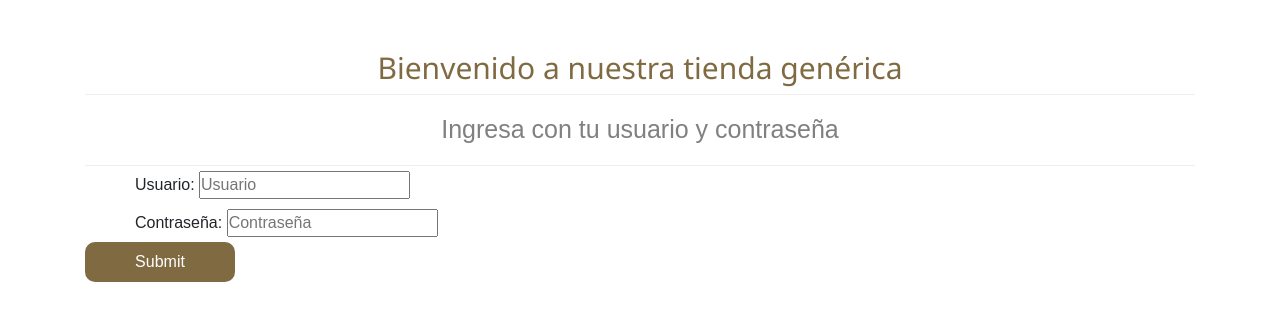
Repository: andresrojas686/tiendaGenericaMintic
Page: primerJSP/src/main/webapp/index.html
These files come from the project's save history. The page is drawn as it stood at one moment and after the next save; the edit follows.
The browser window is 1280 px wide. The pictures show the whole page.

Above is the page before, as saved 2021-09-15 15:32:07.

After the next save:
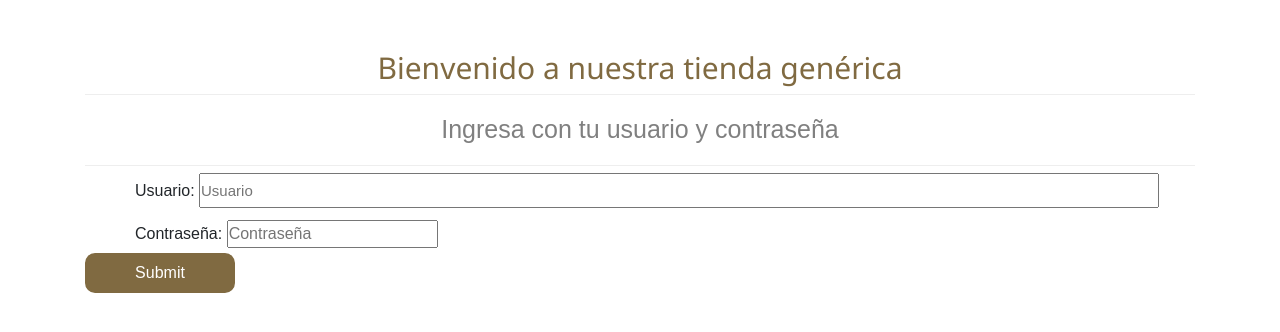
Saved 4 min 16 s later.
--- a/primerJSP/src/main/webapp/index.html
+++ b/primerJSP/src/main/webapp/index.html
@@ -7,20 +7,20 @@
 <title>Tienda generica</title>
 </head>
 <body>
+	<h1 class="titulo-tienda">Bienvenido a nuestra tienda genérica</h1>
 	<section class="main">
 		<div class="container">
 			<section class="row">
 				<div class="col">
-					<h1 class="titulo-tienda">Bienvenido a nuestra tienda genérica</h1>
 					<div class="border-top border-bottom py-3">
 						<p class="ingresa">Ingresa con tu usuario y contraseña</p>
 				    </div>
 				    <div>
 						<form action="comprobarUsuario.jsp" method="post">
-							<div>
-								<label>Usuario: </label>
-								<input type="text" name="usuario" placeholder="Usuario">
-							</div>
+							<label for="usuario">
+								<span>Usuario: </span>
+								<input type="text" name="usuario" placeholder="Usuario" id="usuario">
+							</label>
 							<div>
 								<label>Contraseña: </label>
 								<input type="password" name="pass" placeholder="Contraseña">
